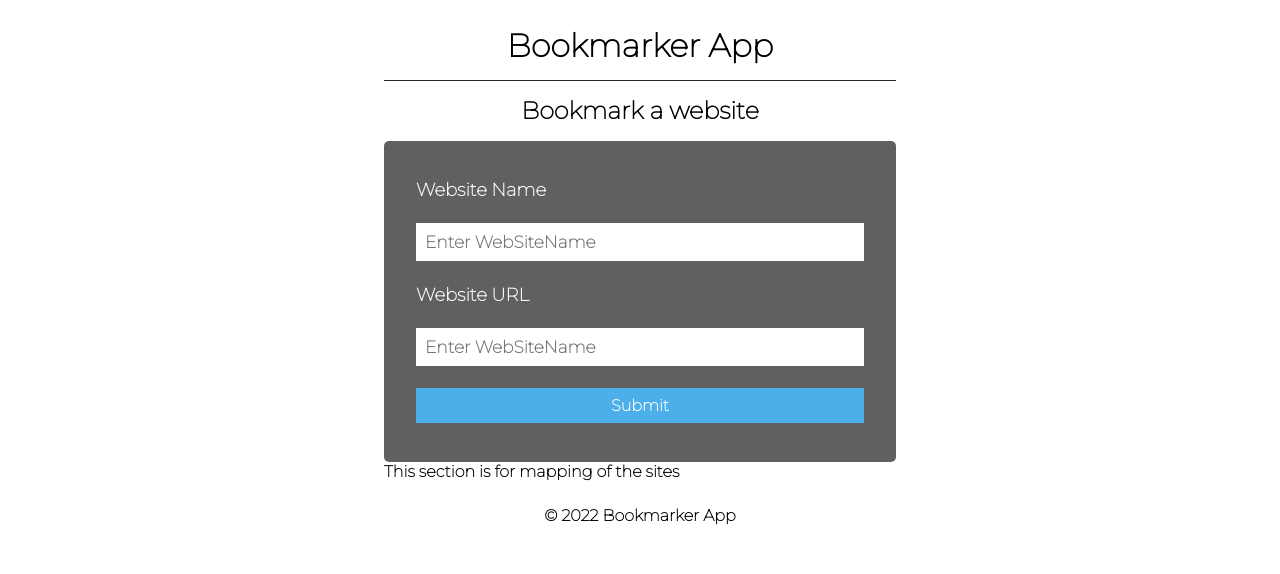
Repository: Suporl9/BookMarkerApp
Page: index.html
These files come from the project's save history. The page is drawn as it stood at one moment and after the next save; the edit follows.
The browser window is 1280 px wide. The pictures show the whole page.

Above is the page before, as saved 2021-11-23 16:24:47.

### index.html
<!DOCTYPE html>
<html lang="en">
  <head>
    <meta charset="UTF-8" />
    <meta http-equiv="X-UA-Compatible" content="IE=edge" />
    <meta name="viewport" content="width=device-width, initial-scale=1.0" />
    <link rel="stylesheet" href="./style.css" />
    <title>Document</title>
  </head>
  <body>
    <div class="container">
      <div class="innerContainer">
        <div class="ininContainer">
          <div class="bookmarkerSection"><h1>Bookmarker App</h1></div>
          <!-- <h1>Bookmarker App</h1> -->
          <div class="vh"></div>
          <div class="formInput">
            <form class="formSec">
              <h2 class="h2class">Bookmark a website</h2>
              <div class="sitesec">
                <label class="labc" name="siteName">Website Name</label>
                <input
                  type="text"
                  name="sitename"
                  id="sitenameid"
                  placeholder="Enter WebSiteName"
                  class="inpClass"
                />
                <label class="labc" name="siteName">Website URL</label>
                <input
                  type="text"
                  name="sitename"
                  id="urlid"
                  class="inpClass"
                  placeholder="Enter WebSiteName"
                />
                <button class="submBtn">Submit</button>
              </div>
            </form>
          </div>
          <div class="toBeAdded">This section is for mapping of the sites</div>
          <footer class="footer">
            <p>&copy; 2022 Bookmarker App</p>
          </footer>
        </div>
      </div>
    </div>
    <script src="main.js"></script>
  </body>
</html>

### style.css
@import url("https://fonts.googleapis.com/css2?family=Montserrat:wght@100&display=swap");

:root {
  --main-bg-color: rgb(255, 255, 255);
  --main-grey: rgb(97, 96, 95);
}
* {
  font-family: "Montserrat", sans-serif;
  box-sizing: border-box; /* includes padding in height and width(the box outside doesnot get bigger when adding padding and stuff)*/
  margin: 0;
  padding: 0;
  font-weight: bold;
  border: none;
}
body {
  width: 80%;
  margin: auto;
}
.container {
  font-family: "Montserrat", sans-serif;

  display: flex;
  justify-content: center;
}
.innerContainer {
  /* display: flex;
  flex-direction: column; */
  width: 50%;
  margin: auto;
  /* justify-content: center;
  align-self: center; */
}
.ininContainer {
  display: flex;
  flex-direction: column;
  margin-top: 5%;
  /* align-content: center; */
  /* justify-content: center; */
}
.bookmarkerSection {
  display: flex;
  justify-content: center;
}
.vh {
  border-bottom: 1px solid rgb(43, 42, 42);
  margin-top: 3%;
}
/* .formInput {
  display: flex;
  flex-direction: column;
  justify-content: center;
} */
.h2class {
  align-self: center;
  margin-bottom: 3%;
}
.formSec {
  display: flex;
  flex-direction: column;
  margin-top: 3%;
  /* justify-content: end; */
  /* width: 0%; */
  /* align-content: center; */
}
.sitesec {
  display: flex;
  flex-direction: column;
  background-color: var(--main-grey);
  padding: 1rem 2rem;
  /* padding-bottom: 2rem; */
  border-radius: 5px;
  color: aliceblue;
}
.submBtn {
  margin-top: 5%;
  margin-bottom: 5%;
  padding: 0.5rem;
  color: rgb(255, 255, 255);
  /* font-size: 14px; */
  font-size: 16px;
  font-weight: 900;
  background-color: rgb(76, 175, 233);
}
.inpClass {
  margin-top: 5%;
  padding: 2%;
  outline: none;
  font-size: 17px;
}
.labc {
  margin-top: 5%;
  font-size: 18px;
}
.footer {
  margin-top: 5%;
  align-self: center;
}
/* .formSec,
.sitesec {
  display: flex;
  flex-direction: column;
} */
/* .sitesec {
  display: flex;
  flex-direction: column;
}
 */

### main.js
//// @ts-check

let button = document.querySelector(".formSec");
button.addEventListener("submit", eventFunctionSubmit);
let sitename = document.getElementById("sitenameid");
let url = document.getElementById("urlid");
// console.log(input.value);
// const person = {
//   name: "sujan dari",
//   age: 25,
// };
let hello = localStorage.getItem("data");
let retrivedData = JSON.parse(hello);
console.log("retrieved", retrivedData);

let arrayForData = [];
// arrayForData.push(newObj);
if (hello != null) {
  retrivedData.forEach((element) => {
    arrayForData.push(element);
  });
} else {
  arrayForData = [];
}

console.log("arrayfordata", arrayForData);
// if(hello  !=  null){
//   arrayForData.push
// }else{}
// if(localStorage.getItem)
function eventFunctionSubmit(e) {
  e.preventDefault();
  // localStorage.setItem("user", JSON.stringify(person));
  // localStorage.setItem("arr", JSON.stringify(arrayForData));
  console.log("it works?");
  let site = { sitenamekey: sitename.value, urlkey: url.value };
  arrayForData.push(site);
  // console.log(sitename.value);
  // console.log(url.value);
  // console.log(arrayForData);
  localStorage.setItem("data", JSON.stringify(arrayForData));
}
// let hello = localStorage.getItem("data");

console.log("hello", JSON.parse(hello));

After the next save:
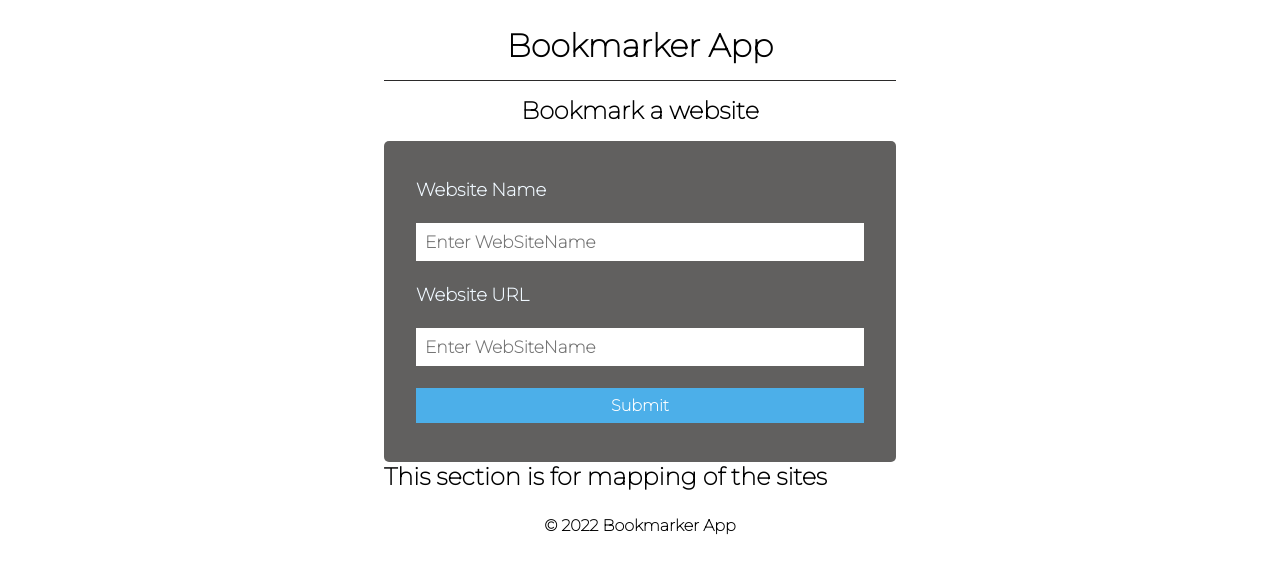
Saved 27 min 13 s later.
--- a/index.html
+++ b/index.html
@@ -38,7 +38,9 @@
               </div>
             </form>
           </div>
-          <div class="toBeAdded">This section is for mapping of the sites</div>
+          <div class="toBeAdded">
+            <h2>This section is for mapping of the sites</h2>
+          </div>
           <footer class="footer">
             <p>&copy; 2022 Bookmarker App</p>
           </footer>
